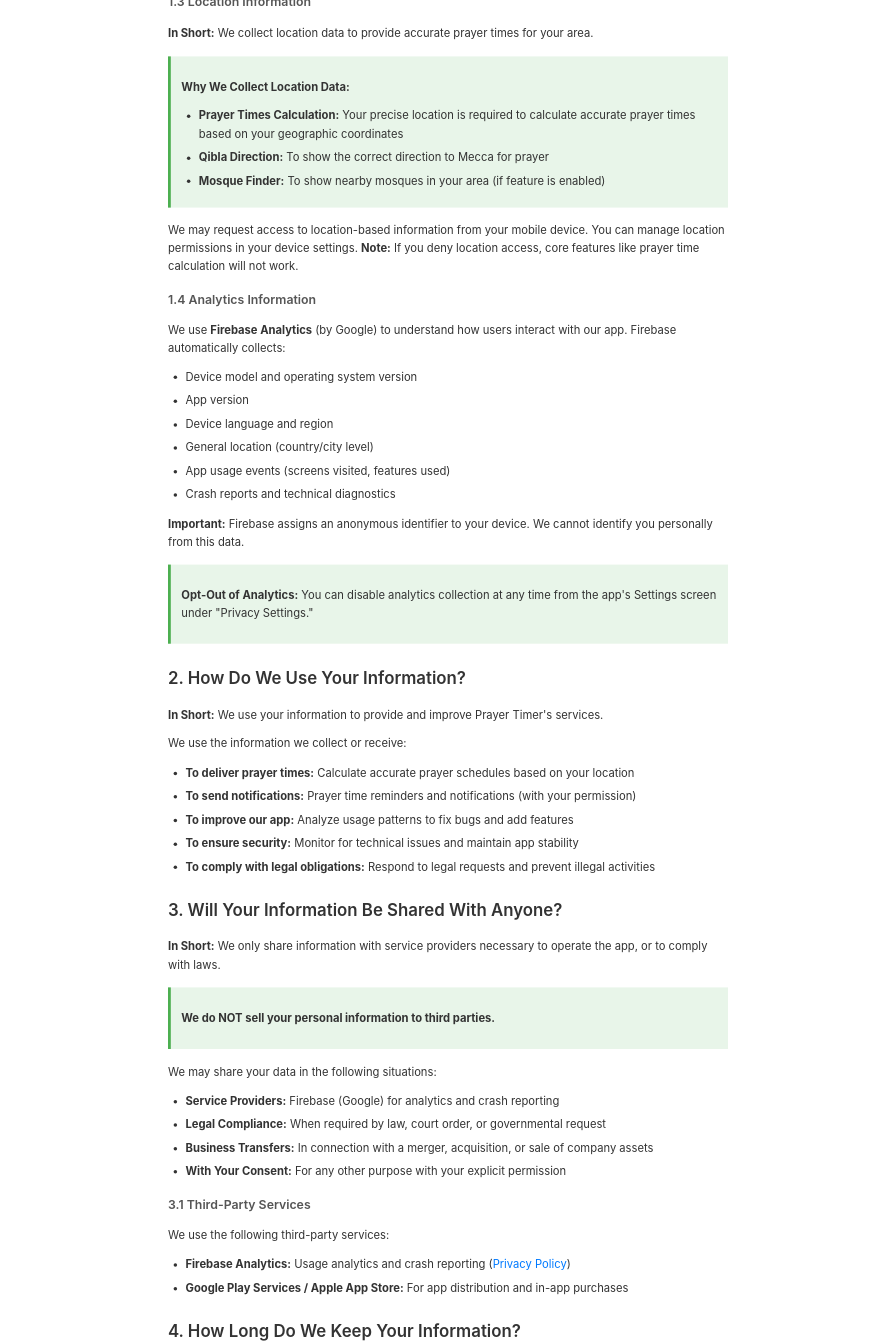
Repository: smarthorizons/smarthorizon_web
Page: legal/prayer-timer/versions/privacy/2026-02-12.html
An editor plug-in stored every save of this project. The page is shown before and after the next save, followed by the edit.
The browser window is 1280 px wide. The pictures show the part of the page from y = 1502 to 3422 px (the page is 7887 px tall before and 7853 px after), at 70% of full size.
Some web fonts or font styles are not loaded; a fallback is used.

Above is the page before, as saved 2026-02-13 11:52:53.

After the next save:
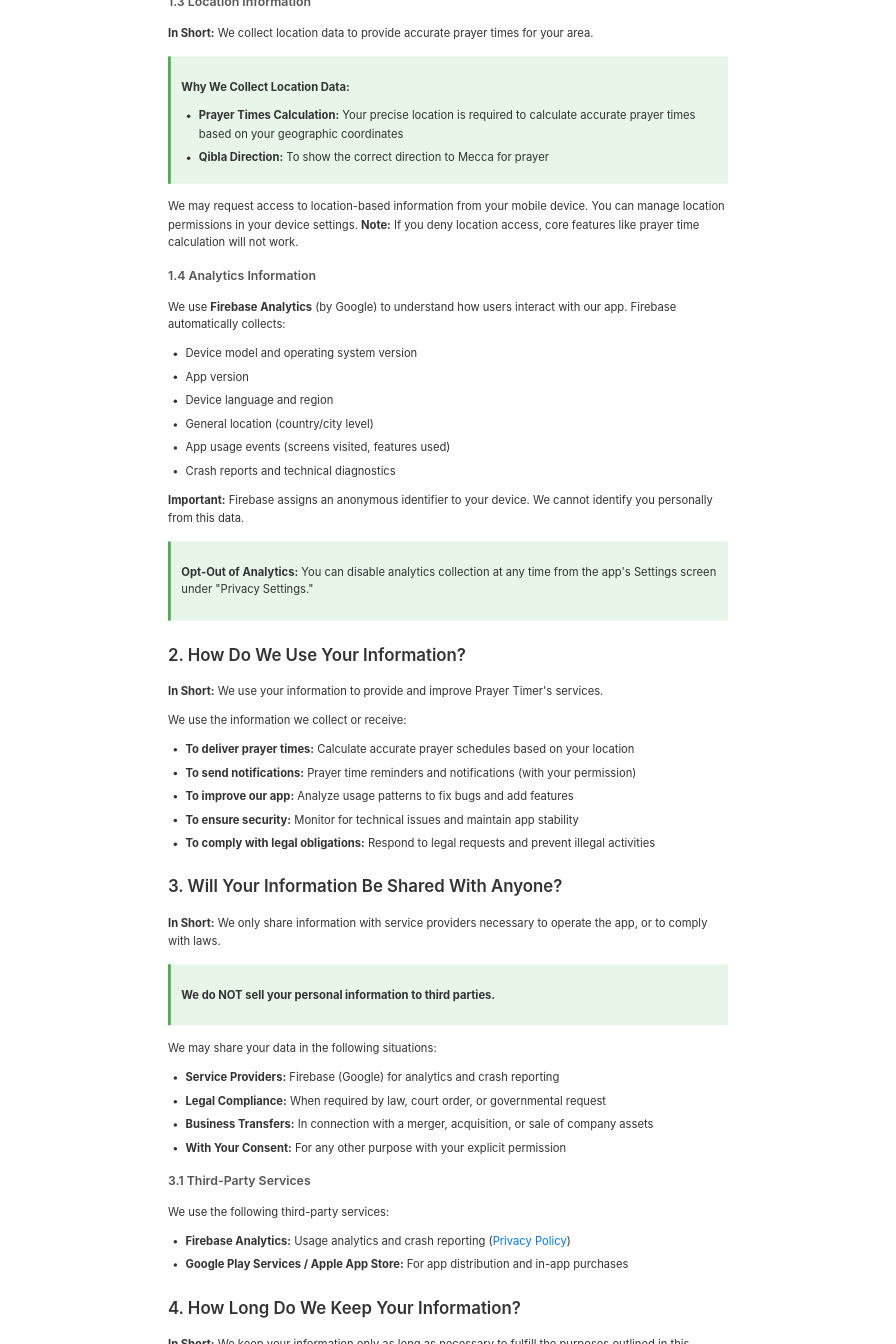
Saved 3 days later.
--- a/legal/prayer-timer/versions/privacy/2026-02-12.html
+++ b/legal/prayer-timer/versions/privacy/2026-02-12.html
@@ -296,7 +296,7 @@
             <ul>
                 <li><strong>Prayer Times Calculation:</strong> Your precise location is required to calculate accurate prayer times based on your geographic coordinates</li>
                 <li><strong>Qibla Direction:</strong> To show the correct direction to Mecca for prayer</li>
-                <li><strong>Mosque Finder:</strong> To show nearby mosques in your area (if feature is enabled)</li>
+                <!-- <li><strong>Mosque Finder:</strong> To show nearby mosques in your area (if feature is enabled)</li> -->
             </ul>
         </div>
 
